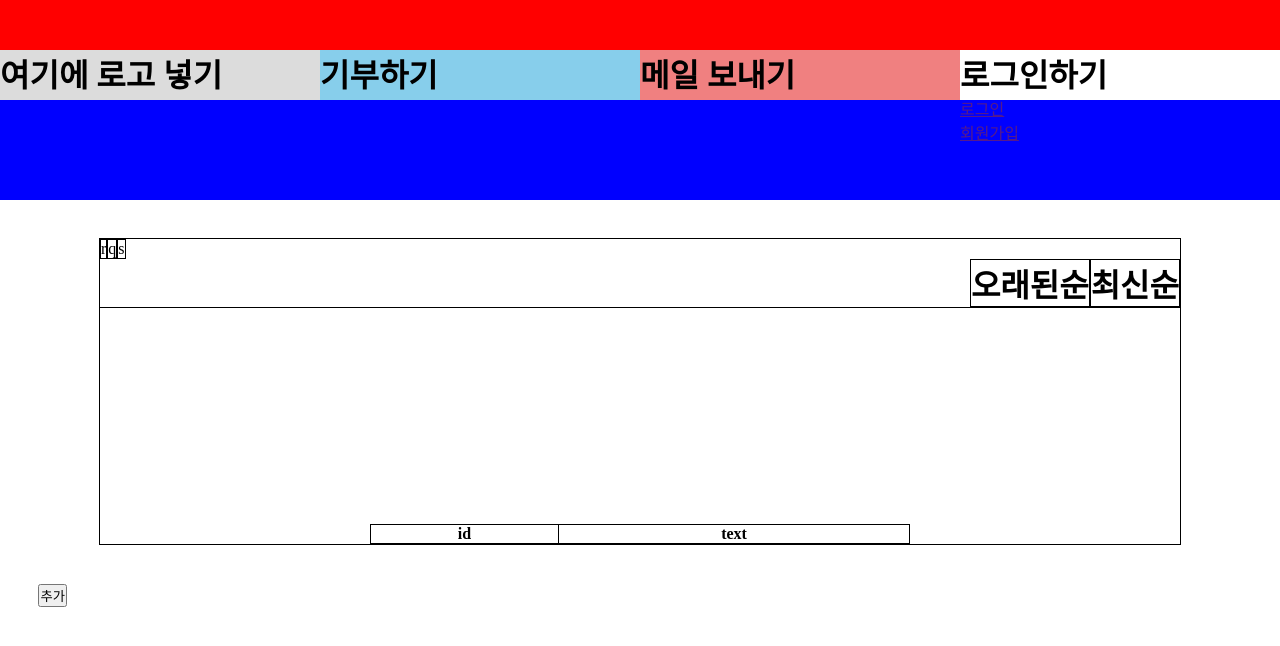
Repository: Yeojin0523/Survey
Page: http://localhost/Blog/Blog/list.jsp
An editor plug-in stored every save of this project. The page is shown before and after the next save, followed by the edit.
The browser window is 1280 px wide. The pictures show the whole page.
The page is served by Tomcat 9. Other server files are loaded and not shown. The template is opened directly, without the code that normally fills it, so the values that code supplies are empty.

Above is the page before, as saved 2024-07-29 07:36:18.

### Blog/src/main/webapp/Blog/list.jsp
<%@ page language="java" contentType="text/html; charset=UTF-8"
	pageEncoding="UTF-8"%>
<%@ page import="java.util.List"%>
<%@ page import="java.util.ArrayList"%>
<%@ page import="java.sql.DriverManager"%>
<%@ page import="java.sql.ResultSet"%>
<%@ page import="java.sql.PreparedStatement"%>
<%@ page import="java.sql.Connection"%>
<%@ page import="java.sql.SQLException"%>

<%
Connection conn = null;
PreparedStatement pstmt = null;
ResultSet rs = null;
%>

<!DOCTYPE html>
<html>
<head>
<meta charset="UTF-8">
<title>my blog</title>
<script src="list.js"></script>
<link rel="stylesheet" href="list.css">
</head>
<body>
	<div class="wrapper">
		<div class="wrap">
			<div class="top_gnb_area"></div>
			<div class="top_area">
				<div class="logo_area">
					<h1>여기에 로고 넣기</h1>
				</div>
				<div class="donate_area">
					<h1>기부하기</h1>
				</div>

				<div class="mail_area">
					<h1>메일 보내기</h1>
				</div>
				<div class="login_area">
					<h1>로그인하기</h1>
					<!-- 로그인 안한 상태 -->
					<c:if test="${memeber == null}">
						<div class="loginBtn">
							<a href="">로그인</a>
						</div>
						<span><a href="">회원가입</a></span>
					</c:if>
				</div>
			</div>
		</div>
	</div>
	<div class="frame">
		<table class="outer_table">
			<tr class="category">
				<td>r</td>
				<td>q</td>
				<td>s</td>
			</tr>
			<tr class="list" colspan="2">
				<td>
					<h1>최신순</h1>
				</td>
				<td>
					<h1>오래된순</h1>
				</td>
			</tr>
			<tr>
				<td colspan="3">
					<div class="content">
						<div class="donateList">
							<table class="inner_table">
								<tr>
									<th>id</th>
									<th>text</th>
								</tr>
								<%
								try {
									Class.forName("oracle.jdbc.driver.OracleDriver");
									conn = DriverManager.getConnection("jdbc:oracle:thin:@localhost:1521:XE", "c##systemid", "systempwd");
									String sql = "SELECT * FROM blog";
									pstmt = conn.prepareStatement(sql);
									rs = pstmt.executeQuery();

									while (rs.next()) {
										out.println("<tr>");
										out.println("<td>" + rs.getInt("seq") + "</td>");
										out.println("<td>" + rs.getString("text") + "</td>");
										out.println("</tr>");
									}
								} catch (Exception e) {
									e.printStackTrace();
								} finally {
									try {
										if (rs != null)
									rs.close();
										if (pstmt != null)
									pstmt.close();
										if (conn != null)
									conn.close();
									} catch (Exception e) {
										e.printStackTrace();
									}
								}
								%>
							</table>
						</div>
					</div>
				</td>
			</tr>
		</table>
	</div>


	<div class="button_area">
		<button id="insertBtn">추가</button>
	</div>
</body>
</html>

### Blog/src/main/webapp/Blog/list.js
/** list.js의 script file
 *
 */
document.addEventListener("DOMContentLoaded", function(){
	document.getElementById("insertBtn").addEventListener("click", function(){
		window.location.href="InsertForm.jsp";
	});
});

### Blog/src/main/webapp/Blog/list.css
@charset "UTF-8";
*{
	margin:0;
	padding:0;
}
/*화면 전체*/
.wrapper{
	width:100%;
}
/*content 랩*/
.content{
	width:1080px;
	margin:auto;
}
.top_gnb_area{
	width:100%;
	height:50px;
	background-color: red;
}
.top_area{
	width:100%;
	height:150px;
	background-color: blue;
	align-items: center;
}
.logo_area{
	width:25%;
	height:50px;
	background-color: gainsboro;
	float:left;
}
.donate_area{
	width:25%;
	height:50px;
	background-color: skyblue;
	float:left;
}
.mail_area{
	width:25%;
	height:50px;
	background-color: lightcoral;
	float:left;
}
.login_area{
	width:25%;
	height:50px;
	background-color: white;
	float:right;
}
table{
	margin-left:auto;
	margin-right:auto;
	text-align: center;
}
table, td, th{
	border-collapse: collapse;
	border:1px solid black;
}
.outer_table{
	margin-top:3%;
}
.inner_table{
	margin-top:20%;
	width:50%;
	height:50%;
}
.button_area{
	padding:3%;
}
.list{
	display: flex;
	flex-direction: row-reverse;
}
.category{
	display: flex;
}

After the next save:
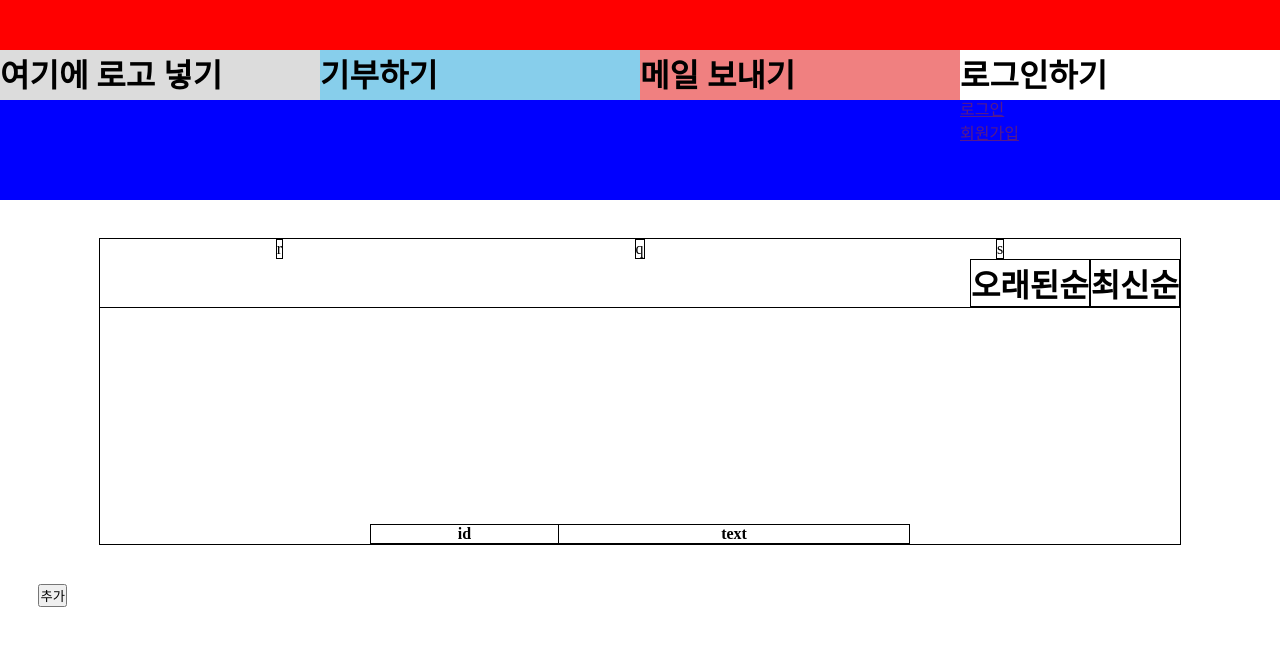
Saved 49 s later.
--- a/Blog/src/main/webapp/Blog/list.css
+++ b/Blog/src/main/webapp/Blog/list.css
@@ -73,4 +73,6 @@ table, td, th{
 }
 .category{
 	display: flex;
+	justify-content: space-around;
+	text-align: center;
 }
